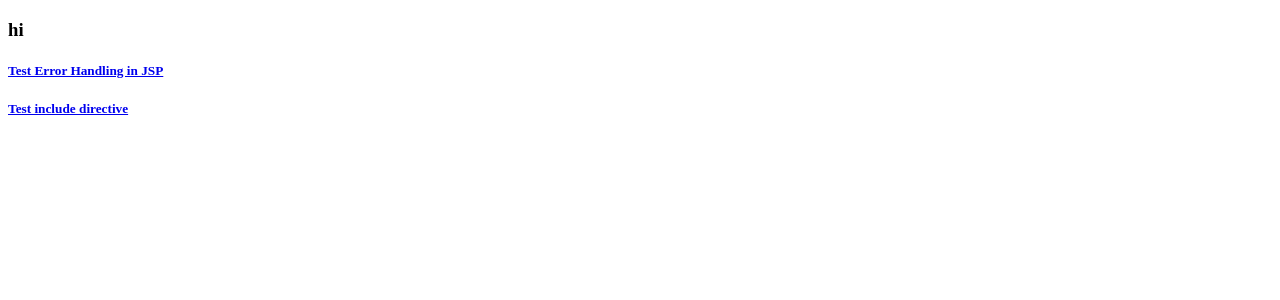
Repository: akshay399/adv-java-daywise
Page: http://localhost/day6.1_rerun/
The author's editor kept a copy of each file at every save. The page is drawn from the files as they stood at one save, then again after the next save.
The browser window is 1280 px wide. The pictures show the whole page.
The page is served by Tomcat 9. Nobody is signed in. The application's start-up code is not run. Other server files are loaded and not shown.

Above is the page before, as saved 2022-11-28 17:06:03.

### day6.1_rerun/src/main/webapp/index.jsp
<%@ page language="java" contentType="text/html; charset=UTF-8"
    pageEncoding="UTF-8"%>
<!DOCTYPE html>
<html>
<head>
<meta charset="UTF-8">
<title>index</title>
</head>
<body>

<h3>hi</h3>
<h5>
<a href="test1.jsp">Test Error Handling in JSP</a>
	</h5>
	<h5>
		<a href="test2.jsp">Test include directive</a>
	</h5>

</body>
</html>

After the next save:
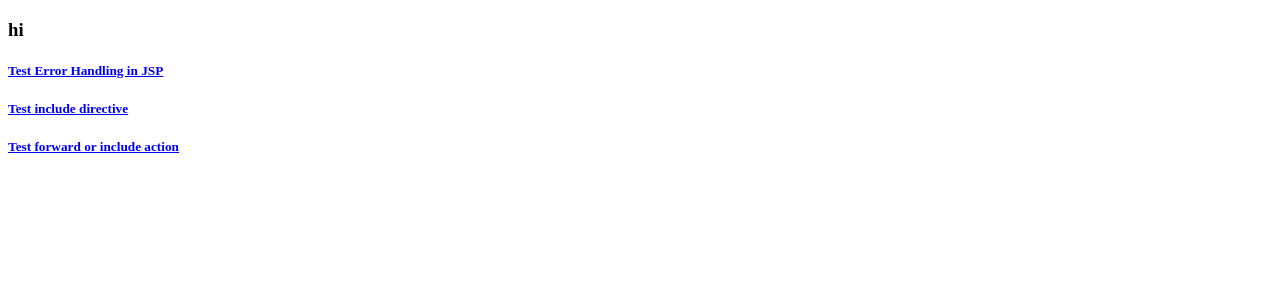
Saved 6 s later.
--- a/day6.1_rerun/src/main/webapp/index.jsp
+++ b/day6.1_rerun/src/main/webapp/index.jsp
@@ -15,6 +15,8 @@
 	<h5>
 		<a href="test2.jsp">Test include directive</a>
 	</h5>
-
+	<h5>
+		<a href="test4.jsp?prod_name=bread&price=45">Test forward or include action</a>
+	</h5>
 </body>
 </html>
